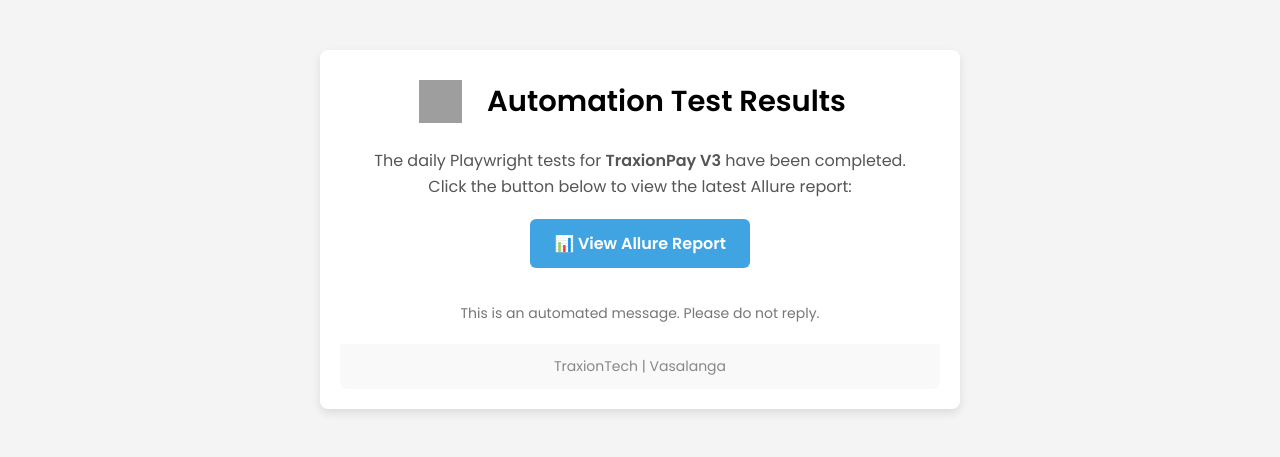
Repository: jmendozaqa24/TraxionPay-V3
Page: template.html
These files come from the project's save history. The page is drawn as it stood at one moment and after the next save; the edit follows.
The browser window is 1280 px wide. The pictures show the whole page.
Pictures or frames that could not be fetched are drawn as grey boxes.

Above is the page before, as saved 2025-02-18 09:30:55.

After the next save:
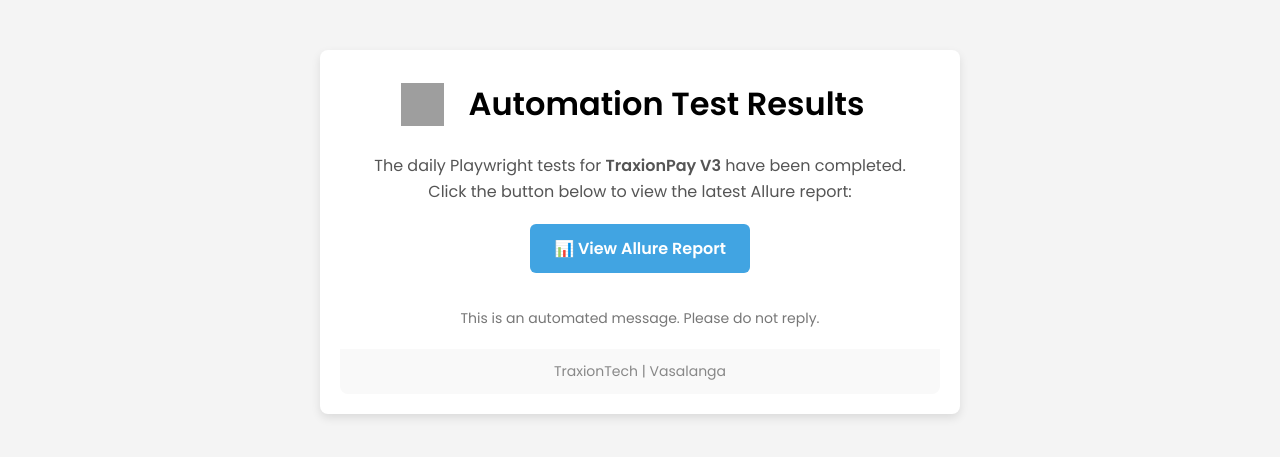
Saved 17 s later.
--- a/template.html
+++ b/template.html
@@ -13,7 +13,7 @@
             <img src="https://cdn.brandfetch.io/idpyc8TcWP/w/400/h/400/theme/dark/icon.png?c=1dxbfHSJFAPEGdCLU4o5B"
                  alt="Playwright Logo"
                  style="width: 43px; height: 43px; margin-right: 10px;">
-            <h1 style="color: #000000;  padding: 10px 15px; border-radius: 6px; margin: 0; font-size: 29px;">
+            <h1 style="color: #000000;  padding: 10px 15px; border-radius: 6px; margin: 0; ">
                 Automation Test Results
             </h1>
         </div>
